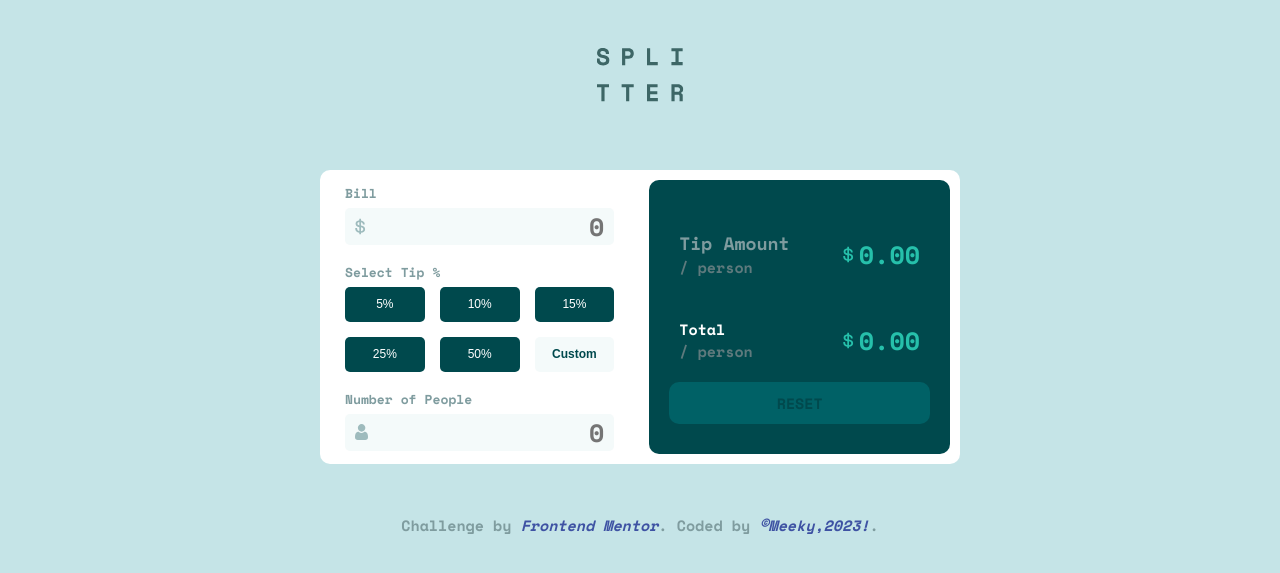
Repository: MeekyBerry/Frontend-Mentor-Challenges
Page: tip-calculator-app/index.html
An editor plug-in stored every save of this project. The page is shown before and after the next save, followed by the edit.
The browser window is 1280 px wide. The pictures show the whole page.

Above is the page before, as saved 2023-04-07 21:05:10.

After the next save:
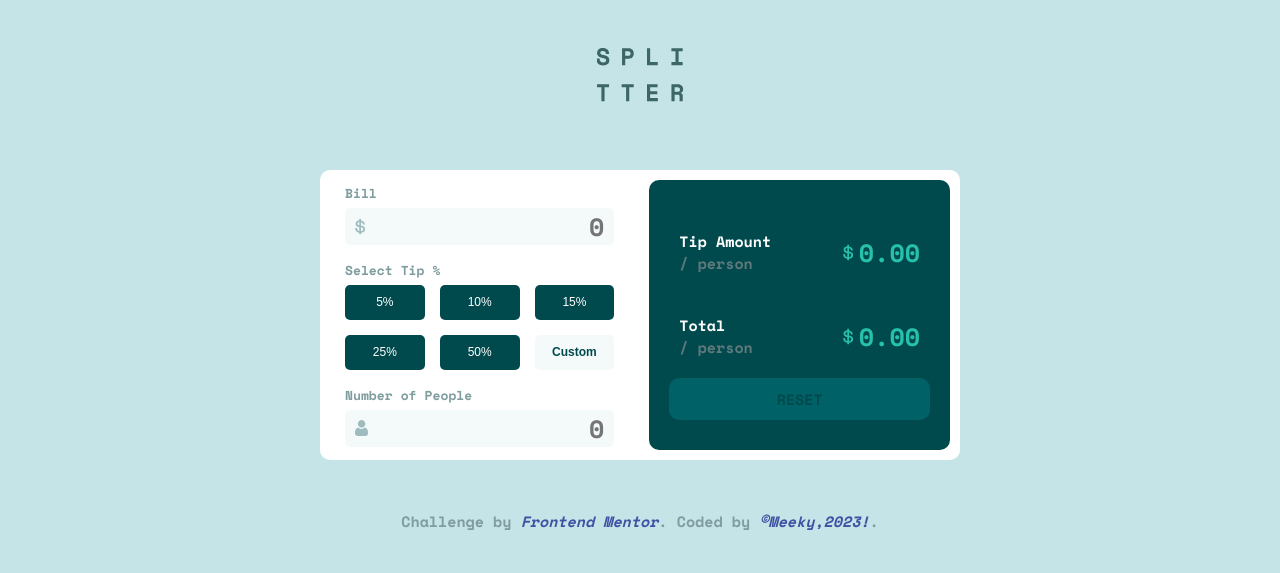
Saved 17 s later.
--- a/tip-calculator-app/index.html
+++ b/tip-calculator-app/index.html
@@ -46,7 +46,7 @@
 
     <div class="second-container">
       <div class="amount">
-        <p>Tip Amount <span class="person">/ person</span></p>
+        <p class="total">Tip Amount <span class="person">/ person</span></p>
         <div class="digit">
           <svg xmlns="http://www.w3.org/2000/svg" width="11" height="17">
             <path fill="var(--Strong-cyan)"
